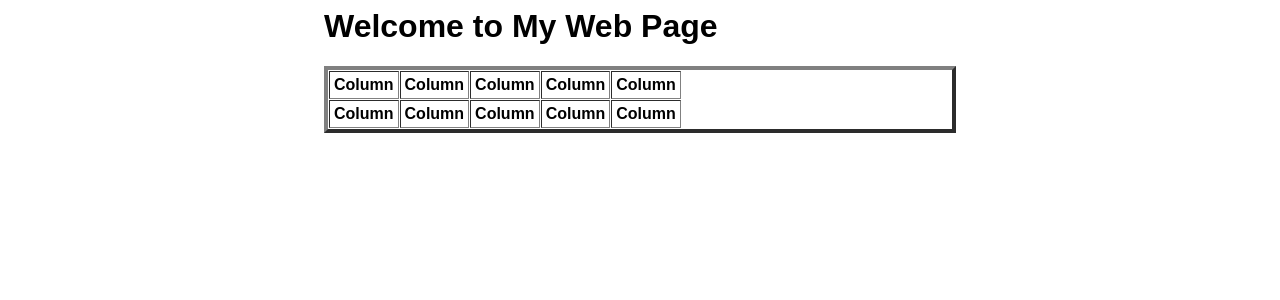
Repository: AdityaTech-Pro/FullStackWithBridgelabz
Page: Assignment2/Data_List/index.html
These files come from the project's save history. The page is drawn as it stood at one moment and after the next save; the edit follows.
The browser window is 1280 px wide. The pictures show the whole page.

Above is the page before, as saved 2025-10-15 09:13:17.

### Assignment2/Data_List/index.html
<html>

<head>
    <style>
        body {
            font-family: Arial, Helvetica, sans-serif;
        }

        .center {
            display: block;
            margin-left: auto;
            margin-right: auto;
            width: 50%;
        }
    </style>
</head>
<title>
    <h2>Data List</h2>
</title>

<body>
    <table border="4" cellspacing="1" cellpadding="4" class="center">
        <h1 class="center">Welcome to My Web Page</h1>
        <tr>
            <th>Column</th>
            <th>Column</th>
            <th>Column</th>
            <th>Column</th>
            <th>Column</th>
            <tr>
                <th>Column</th>
                <th>Column</th>
                <th>Column</th>
                <th>Column</th>
                <th>Column</th>
            </tr>
        </tr>
</body>

</html>

After the next save:
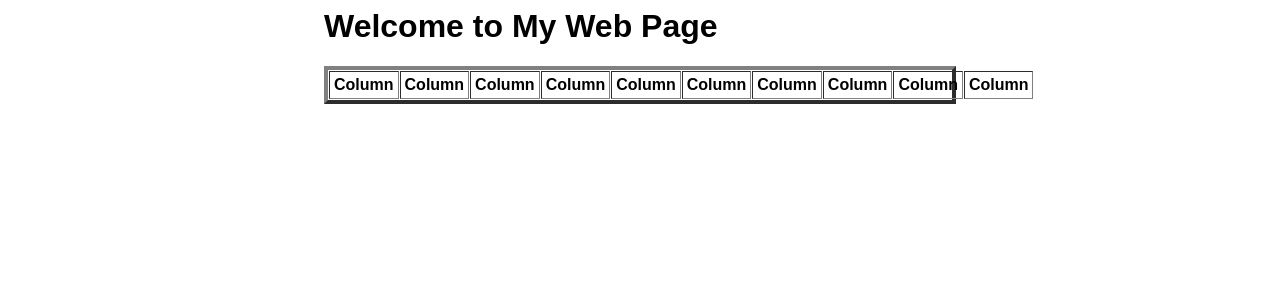
Saved 6 s later.
--- a/Assignment2/Data_List/index.html
+++ b/Assignment2/Data_List/index.html
@@ -27,13 +27,12 @@
             <th>Column</th>
             <th>Column</th>
             <th>Column</th>
-            <tr>
-                <th>Column</th>
-                <th>Column</th>
-                <th>Column</th>
-                <th>Column</th>
-                <th>Column</th>
-            </tr>
+            <th>Column</th>
+            <th>Column</th>
+            <th>Column</th>
+            <th>Column</th>
+            <th>Column</th>
+        </tr>
         </tr>
 </body>
 
